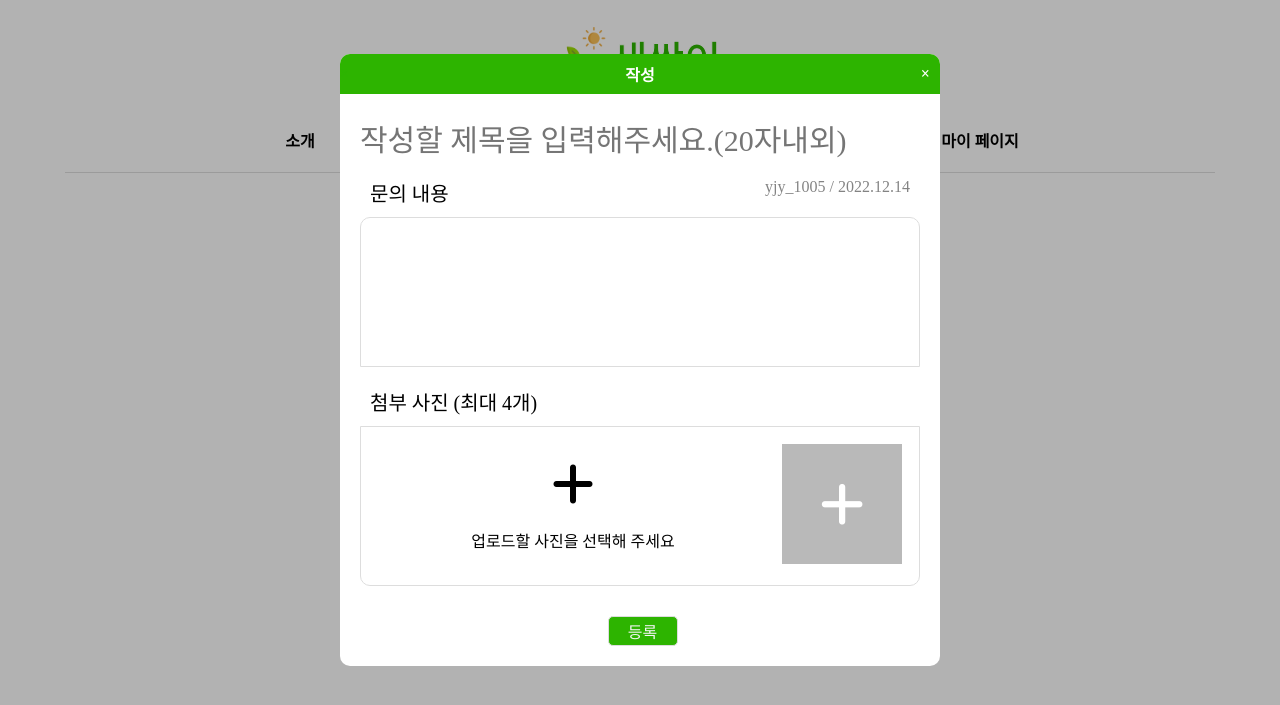
Repository: Seedye/Seedye
Page: team/src/main/webapp/html/board/board-write.html
These files come from the project's save history. The page is drawn as it stood at one moment and after the next save; the edit follows.
The browser window is 1280 px wide. The pictures show the whole page.
Some web fonts or font styles are not loaded; a fallback is used. Some web libraries are served in a nearby version.

Above is the page before, as saved 2022-12-19 09:46:34.

### team/src/main/webapp/html/board/board-write.html
<!DOCTYPE html>
<html lang="en">
<head>
  <meta charset="UTF-8">
  <meta http-equiv="X-UA-Compatible" content="IE=edge">
  <meta name="viewport" content="width=device-width, initial-scale=1.0">
  <link rel="stylesheet" href="../../resources/css/header.css">
  <link rel="stylesheet" href="../../resources/css/board/board-write-style.css">
  <title>게시물 작성 모달</title>

  <script src="https://kit.fontawesome.com/95f413b465.js" crossorigin="anonymous"></script>

</head>
<body>
  <header>
    <!-- 헤더 -->
    <section id="header-container">
        <!-- 로고 -->
        <section id="header-section">
            <a href="#"><img id="logo" src="../../resources/images/새싹이.png"></a>
            <a href="#" id="logo-content">새싹이</a>
        </section>
        <!-- 메뉴창 -->
        <nav id="nav-bar">
            <ul>
                <li><a href="#"></a>소개</li>
                <li><a href="#"></a>공지사항</li>
                <li><a href="../board/board-list.html"></a>커뮤니티</li>
                <li><a href="#"></a>식당 등록 문의</li>
                <li><a href="#"></a>마이 페이지</li>
                <!-- <li><a href="#"></a>관리자</li> -->
                <!-- <li><a href="#"></a>후원</li> -->
            </ul>
        </nav>
    </section>
  </header>
  <div class="board-view-modal">
    <div class="board-view-area">
      <!-- /* 상세보기 */ -->
      <div class="board-view-title">
        <p class="board-view-x-hidden">&times;</p>
        <p>작성</p>
        <p class="board-view-x">&times;</p>
      </div>

      <!-- /* 상세보기 내용 */ -->
      <div class="board-view-content-all">
        <div class="board-view-title-detail-answer">
          <!-- <p>[ </p> -->
          <input type="text" placeholder="작성할 제목을 입력해주세요.(20자내외)">
          <!-- <p> ]</p> -->
      </div>

      <div class="board-view-title-detail-answer">
        <div class="board-view-content-detail-answer">
          <div class="board-view-content-content">
            <p>문의 내용</p>
            <p>yjy_1005 / 2022.12.14</p>
          </div>
          <div class="board-view-content-text">
            <textarea></textarea>

          </div>
        </div>
      </div>

      <div class="board-view-title-detail-answer">
        <div class="board-view-content-detail-answer">
          <div class="board-view-content-content">
            <p>첨부 사진 (최대 4개)</p>
            <!-- <p>2022.12.15</p> -->
          </div>

              <div class="board-view-content-img-area" id="boardViewContentImgArea">
              <!-- <div></div> -->
              <!-- 파일선택 div -->
                <div class="board-view-content-img-select" id="boardViewContentImgSelect">
                  <label for="inputFile">
                    <i class="fa-solid fa-plus fa-3x"></i>
                    <p>업로드할 사진을 선택해 주세요</p>
                  </label>
                  <input type="file" id="inputFile" multiple="multiple" hidden>
                </div>
                <!-- 이미지미리보기 -->
                <!-- <div class="board-view-content-img">
                  <div class="board-Write-img-delete">&times;</div>

                  <img src="../../resources/images/게시판테스트img1.jpg" alt="">
                </div>
                <div class="board-view-content-img">
                  <div class="board-Write-img-delete">&times;</div>
                  <img src="../../resources/images/게시판테스트img2.jpg" alt="">
                </div>
                <div class="board-view-content-img">
                  <div class="board-Write-img-delete">&times;</div>
                  <img src="../../resources/images/게시판테스트img3.jpg" alt="">
                </div>
                <div class="board-view-content-img">
                  <div class="board-Write-img-delete">&times;</div>
                  <img src="../../resources/images/게시판테스트img3.jpg" alt="">
                </div>
              -->
                <!-- 사진 추가 버튼 -->
                <label for="addInputFile">
                  <div class="board-view-content-img">
                    <div class="board-Write-img-delete">
                        <i class="fa-solid fa-plus fa-1x"></i>
                      </div>
                    </div>
                  </label>
                <input type="file" id="addInputFile" multiple="multiple" hidden>



              </div>


        </div>
      </div>

      </div>
      <div class="board-view-content-delete-update">
        <div class="board-view-btn">
          등록
        </div>
        <!-- <div class="board-view-btn">
          수정
        </div> -->
      </div>
    </div>
  </div>
<script src="../../resources/js/board.js"></script>
</body>

</html>

### team/src/main/webapp/resources/css/header.css

@font-face {
    font-family: 'yg-jalnan';
    src: url('https://cdn.jsdelivr.net/gh/projectnoonnu/noonfonts_four@1.2/JalnanOTF00.woff') format('woff');
    font-weight: normal;
    font-style: normal;
}


@font-face {
    font-family: 'NIXGONM-Vb';
    src: url('https://cdn.jsdelivr.net/gh/projectnoonnu/noonfonts_six@1.2/NIXGONM-Vb.woff') format('woff');
    font-weight: normal;
    font-style: normal;
}

*{
    box-sizing: border-box;
    margin: 0;
    padding: 0;
}

header{
    position: sticky;
    top: 0;
    background-color: white;
    z-index: 1000;
}

body{
    display: flex;
    justify-content: center;
    align-items: center;
    flex-direction: column;
}

#header-section{
    width: 100%;
    display: flex;
    justify-content: center;
    align-items: center;
    margin-top: 20px;
}

#logo{
    width: 50px;
    height: 50px;
}

#logo-content{
    color: #2db400;
    -webkit-text-stroke: 1px white;
    text-decoration: none;
    font-weight: bold;
    font-family: yg-jalnan;
    font-size: 40px;
    padding-top: 10px;
}

#nav-bar{
    display: flex;
    justify-content: center;
    margin: 20px 0px  0px  0px;
}

#nav-bar > ul {
    /* width: 100vw; */
    display: flex;
    justify-content: space-between;
    font-weight: bold;
    border-bottom: 1px solid #ddd;
    padding: 0px 150px;
}

#nav-bar > ul > li{
    font-family: NIXGONM-Vb;
    float: left;
    display: flex;
    justify-content: center;
    padding: 20px 35px;
    border-radius: 6px;
    cursor: pointer;
    width: 170px;
    height: auto;
}

#nav-bar > ul > li:hover{
    background-color: rgba(45, 180, 0, 0.6);
    color: white;
    transition-duration: 0.3s;
}

footer {
    width: 1200px;
    height: 134px;
    color: gray;
    font-size: var(--small-font-size);
    padding: 20px 0;

    display: flex;
    flex-direction: column;
    justify-content: space-around;
    align-items: center;

    /* position: absolute; */
    bottom: 0;

    border-top: 1px solid #ddd;
  }

  footer a {
    color: gray;
  }

### team/src/main/webapp/resources/css/board/board-write-style.css
*{
  font-family: "NIXGONM-Vb";
}
.board-view-modal{
  top: 0; left: 0;
  position: absolute;
  width: 100vw;
  height: 100vh;
  background-color: rgba(0, 0, 0, 0.3);

  /* display: none; */
  display: flex;
  align-items: center;
  justify-content: center;
  z-index: 1000;
}
/* 상세보기 흰영역 */
.board-view-area{
  width: 40vw;
  /* height: 30vw; */
  max-width: 600px;
  min-width: 600px;
  min-height: 300px;
  /* max-height: 650px; */
  background-color: white;
  border-radius: 10px;
  /* overflow: auto; */
  overflow: hidden;
  margin: auto;
}
/* 상세보기 제목 위에 초록*/
.board-view-title{
  width: 100%;
  height: 40px;
  background-color:  #2db400;
  display: flex;
  align-items: center;
  justify-content: space-between;
  color: white;
  font-weight: bold;

}
.board-view-x-hidden{
  color:  #2db400;
  padding-right: 10px;
}
.board-view-x{
  padding-right: 10px;
  cursor: pointer;
}
/* 초록색 아래부분 */
.board-view-content-all{
  padding: 20px;
  /* overflow: auto; */
}

.board-view-title-detail-answer > input{
  font-size: 30px;
  border: none;
  width: 100%;
  outline: none;
}
/* .board-view-title-detail-answer:first-child{
  display: flex;
} */
.board-view-content-all > *{
  padding: 10px 0 0 0;
}
.board-view-content-content{
  display: flex;
  justify-content: space-between;
  padding: 10px;
}
.board-view-content-text>textarea{
  width: 100%;
  height: 90%;
  border: none;
  outline: none;
  resize: none;
  font-size: 20px;
}
.board-view-content-text{
  height: 150px;
  padding: 10px;
  /* border-radius: 10px; */
  border-top-left-radius: 10px;
  border-top-right-radius: 10px;
  box-shadow: 10px;
  border: 1px solid #ddd;
  /* margin-bottom: 10px; */
  overflow: auto;
}
#boardViewContentText{
  /* margin-bottom: 10px; */

}
.board-view-content-content > p:nth-child(2){
  color:rgba(0, 0, 0, 0.486);
}
.board-view-content-content > p:nth-child(1){
  font-size: 20px;
}
.board-view-content-img-area{
  /* width: 1000px; */
  display: flex;
  height: 160px;
  padding: 10px;
  border-bottom-left-radius: 10px;
  border-bottom-right-radius: 10px;
  box-shadow: 10px;
  border: 1px solid #ddd;
  margin-bottom: 10px;
  /* overflow: auto; */
  /* display: none; */
}
.board-view-content-img{
  width: 120px;
  /* min-width: 90px; */
  height: 120px;
  /* background-color: red; */
  /* display: flex; */
  /* flex-direction: column; */
  margin: 7px;
  cursor: pointer;
  /* display: none; */
}
.board-view-content-img :hover{
  background-color: #2db40025;
}
.board-view-content-img > img{
  /* position: absolute; */
  width: 100%;
  height: 100%;
  object-fit: cover;
}
/* 삭제 수정 버튼 */
.board-view-content-delete-update{
  display: flex;
  justify-content: center;
}
.board-view-btn{
  display: flex;
  justify-content: center;
  align-items: center;
  width:70px;
  height: 30px;
  border-radius: 5px;
  margin-left: 5px;
  margin-bottom: 20px;
  border: 1px solid #ddd;
  cursor: pointer;
  background-color: #2db400;
  color: whitesmoke;
}
.board-view-btn:hover{
  transition-duration: 0.2s;
  background-color: #2aa800;
  box-shadow: 1px 1px 1px 1px rgb(206, 204, 204);
  border:none;
}

.board-view-content-img-select{
  width: 100%;
  height: 100%;
  display: flex;
  justify-content: center;
  align-items: center;
  flex-direction: column;
  color: black;
  cursor: pointer;
}
.board-view-content-img-select > label{

  display: flex;
  justify-content: center;
  align-items: center;
  flex-direction: column;
  color: black;
  cursor: pointer;

}

.board-view-content-img-select >label> i{
  margin-bottom: 20px;

}

/* .board-view-content-img-area > div{
  position: absolute;w
  width: 100%;
  height: 100%;
  background-color: rgba(0, 0, 0, 0.212);
  box-shadow: 1px 1px 1px px yellow;
} */

.board-Write-img-delete{
  position: absolute;
  width: 120px;
  height: 120px;
  background-color: rgba(0, 0, 0, 0.274);
  color: white;
  font-size: 50px;
  font-weight: bold;

  display: flex;
  justify-content: center;
  align-items: center;
}

#addInputFile{
  display: none;
}

### team/src/main/webapp/resources/js/board.js
const inputFile = document.getElementById("inputFile"); // 글쓰기 파일 선택
const boardViewContentImgSelect = document.getElementById("boardViewContentImgSelect"); // 업로드할 사진을 선택해주세요 문구 나오는 곳
const boardViewContentImgArea = document.getElementById("boardViewContentImgArea");//파일 넣고 합치기 할때
// 파일 선택
inputFile.addEventListener("change", (e)=>{

  if(e.target.files[0] != undefined){
    boardViewContentImgSelect.style.display="none";
    var filesLength = parseInt(e.target.files.length);
    if(filesLength <4){
      // <label for="addInputFile">
      //   <div class="board-view-content-img">
      //     <div class="board-Write-img-delete">
      //         <i class="fa-solid fa-plus fa-1x"></i>
      //       </div>
      //     </div>
      //   </label>
      // <input type="file" id="addInputFile" multiple="multiple" hidden>
      const contentImgDiv = document.createElement("div");
      const ImgDeleteDiv = document.createElement("div");
      const addInputFileLabel = document.createElement("label");
      const ImgAddI = document.createElement("i");
      const addFileHiddenInput = document.createElement("input");

      contentImgDiv.classList.add("board-view-content-img");
      ImgDeleteDiv.classList.add("board-Write-img-delete");
      addInputFileLabel.setAttribute("for", "addInputFile");
      ImgAddI.innerHTML='<i class="fa-solid fa-plus fa-1x"></i>'
      addFileHiddenInput.setAttribute("type", "file");
      addFileHiddenInput.setAttribute("id", "addInputFile");
      addFileHiddenInput.setAttribute("multiple", "multiple");
      // addFileHiddenInput.setAttribute("hidden");

      addInputFileLabel.append(ImgAddI);
      ImgDeleteDiv.append(addInputFileLabel,addFileHiddenInput);
      contentImgDiv.append(ImgDeleteDiv);
      boardViewContentImgArea.append(contentImgDiv);

    }
    for(let i=0; i < e.target.files.length; i++){
      // 이벤트 발생한 파일 길이 만큼 for문 돌림

      const reader = new FileReader(); // 파일 읽는 객체
      reader.readAsDataURL(e.target.files[i]); // 파일 정보를 불러와서 URL형태로 저장

      reader.onload = (e) => {
        // <div class="board-view-content-img">
        //   <div class="board-Write-img-delete">&times;</div>

        //   <img src="../../resources/images/게시판테스트img1.jpg" alt="">
        // </div>

        const contentImgDiv = document.createElement("div");
        const ImgDeleteDiv = document.createElement("div");
        const fileImg = document.createElement("img");

        contentImgDiv.classList.add("board-view-content-img");
        ImgDeleteDiv.classList.add("board-Write-img-delete");
        fileImg.setAttribute("src", e.target.result);

        // 조립하기
        ImgDeleteDiv.append('X');
        contentImgDiv.append(ImgDeleteDiv, fileImg);
        boardViewContentImgArea.append(contentImgDiv);

      }

      console.log(e.target.files.length);
    }


  }

});

After the next save:
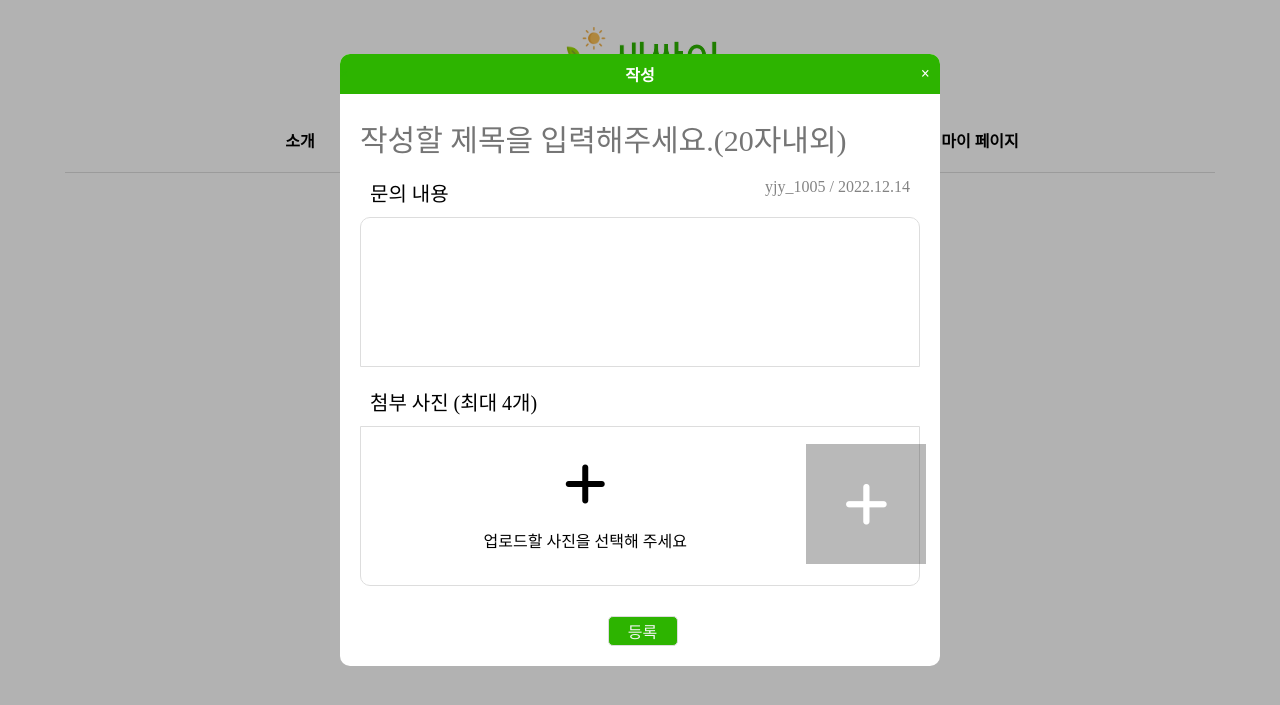
Saved 14 s later.
--- a/team/src/main/webapp/html/board/board-write.html
+++ b/team/src/main/webapp/html/board/board-write.html
@@ -101,13 +101,13 @@
                 </div>
               -->
                 <!-- 사진 추가 버튼 -->
-                <label for="addInputFile">
-                  <div class="board-view-content-img">
+                <div class="board-view-content-img">
+                    <label for="addInputFile">
                     <div class="board-Write-img-delete">
                         <i class="fa-solid fa-plus fa-1x"></i>
                       </div>
+                    </label>
                     </div>
-                  </label>
                 <input type="file" id="addInputFile" multiple="multiple" hidden>
 
 
